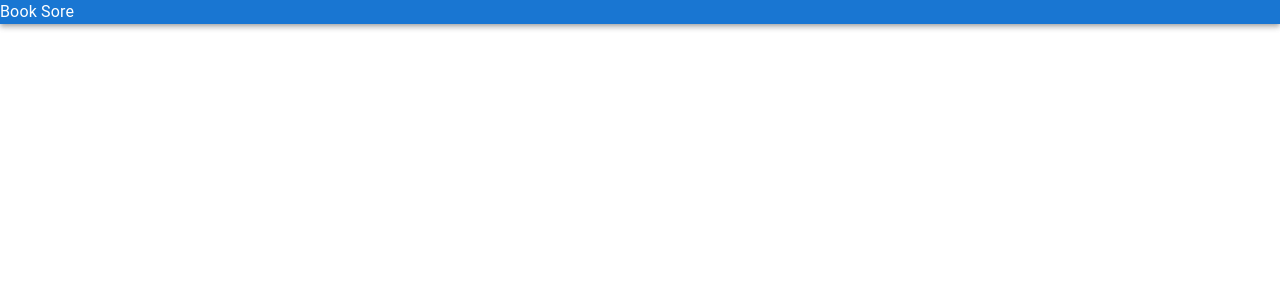
Repository: CydexCode/Book_Store_App-MERN-Stack
Page: / (app in book-store/)
The author's editor kept a copy of each file at every save. The page is drawn from the files as they stood at one save, then again after the next save.
The browser window is 1280 px wide. The pictures show the whole page.
The project was rebuilt for these pictures with package versions that can differ from the ones it lists, and the page was loaded fresh each time.

Above is the page before, as saved 2022-09-07 20:21:50.

After the next save:
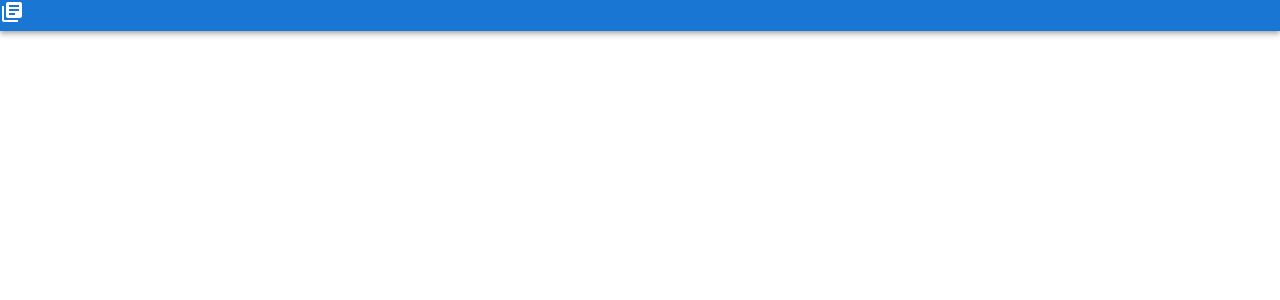
Saved 6 min 15 s later.
--- a/book-store/src/components/Header.js
+++ b/book-store/src/components/Header.js
@@ -1,11 +1,13 @@
 import React from 'react'
 import { AppBar, Typography } from "@mui/material"
-import MenuBookIcon from '@mui/icons-material/MenuBook';
+import LibraryBooksIcon from '@mui/icons-material/LibraryBooks';
 const Header = () => {
   return (
     <div>
       <AppBar position='sticky'>
-        <Typography>Book Sore</Typography>
+        <Typography>
+            <LibraryBooksIcon />
+            </Typography>
       </AppBar>
     </div>
   );
